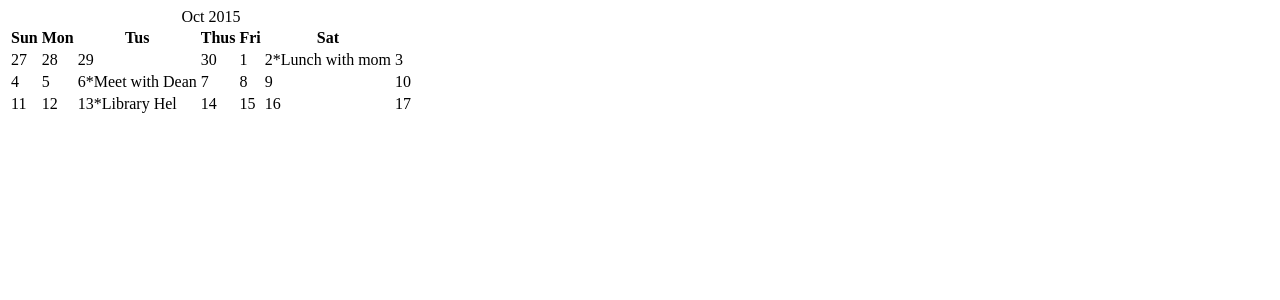
Repository: Tram-anh99/Blockchain_Funix
Page: CSS/lich.html
An editor plug-in stored every save of this project. The page is shown before and after a run of saves, followed by the edit.
The browser window is 1280 px wide. The pictures show the whole page.

Above is the page before, as saved 2023-02-28 01:18:25.

### CSS/lich.html
<!DOCTYPE html>
<html lang="en">
<head>
      <meta charset="UTF-8">
      <meta http-equiv="X-UA-Compatible" content="IE=edge">
      <meta name="viewport" content="width=device-width, initial-scale=1.0">
      <title>Calendar Table</title>
      <link rel="stylesheet" href="lich.css">
</head>
<body>
      <table class="cal"><caption>
            Oct 2015
      </caption>
      <!-- in đậm dòng -->
<thead>
      <!-- Dòng -->
      <tr>
            <th>Sun</th>
            <th>Mon</th>
            <th>Tus</th>
            <th>Thus</th>
            <th>Fri</th>
            <th>Sat</th>
      </tr>
</thead>
<!-- Phần thân -->
<tbody>
      <!-- Dòng -->
      <tr>
            <td class="old">27</td>
            <td class="old">28</td>
            <td class="old">29</td>
            <td class="old">30</td>
            <td>1</td>
            <td>2*<span>Lunch with mom</span></td>
            <td>3</td>
      </tr>
      <tr>
            <td>4</td>
            <td>5</td>
            <td>6*<span>Meet with Dean</span></td>
            <td>7</td>
            <td>8</td>
            <td>9</td>
            <td>10</td>
      </tr>
      <tr>
            <td>11</td>
            <td>12</td>
            <td>13*<span>Library Hel</span></td>
            <td>14</td>
            <td>15</td>
            <td>16</td>
            <td>17</td>
      </tr>
</tbody>
</table>
</body>
</html>

Loaded but not shown: CSS/lich.css (no copy from this time; the picture is the same without it)

After the next 2 saves:
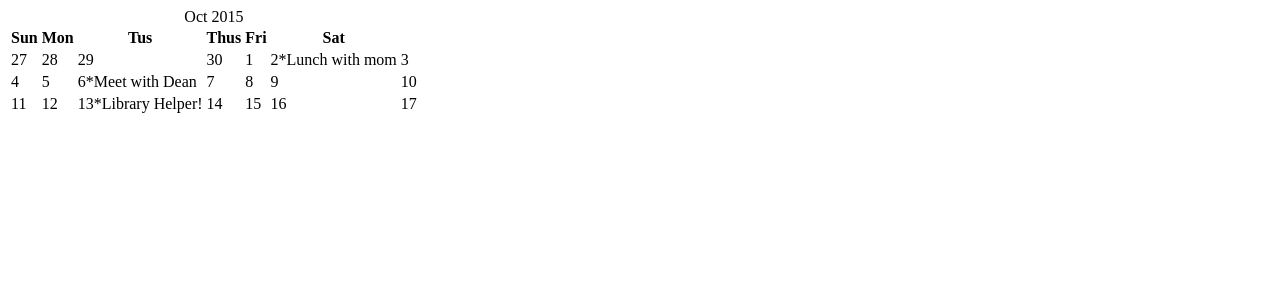
The 2 saves are shown as one change because they came seconds apart.
The last was saved 6 s later.
--- a/CSS/lich.html
+++ b/CSS/lich.html
@@ -47,7 +47,7 @@
       <tr>
             <td>11</td>
             <td>12</td>
-            <td>13*<span>Library Hel</span></td>
+            <td>13*<span>Library Helper!</span></td>
             <td>14</td>
             <td>15</td>
             <td>16</td>
